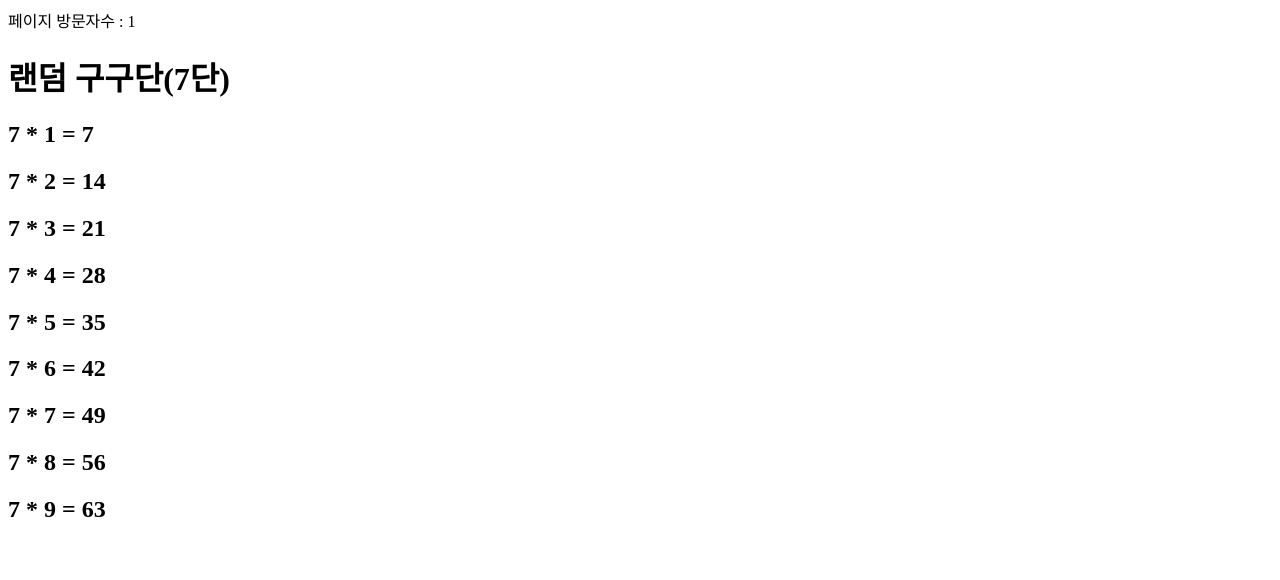
Repository: JongMin22/jsp.practice
Page: http://localhost/JSPBasic/JsPTag/TagQ02.jsp
These files come from the project's save history. The page is drawn as it stood at one moment and after the next save; the edit follows.
The browser window is 1280 px wide. The pictures show the whole page.
The page is served by Tomcat 9.

Above is the page before, as saved 2022-02-02 13:25:58.

### JSPBasic/src/main/webapp/JsPTag/TagQ02.jsp
<%@ page language="java" contentType="text/html; charset=UTF-8"
    pageEncoding="UTF-8"%>
<!DOCTYPE html>
<html>
<head>
<meta charset="UTF-8">
<title>Insert title here</title>
</head>
<body>
<%!
public int count =0;
int randomNum(){
	return (int)(Math.random()*7 + 2);

			}

%>
<%
int currentNum=0;
out.println("페이지 방문자수 : " +  ++count);
int a = randomNum();
out.println("<h1>"+"랜덤 구구단"+"("+a+"단)" +"</h1>");
for(int i=1; i<10; i++){
		 out.println("<h2>"+a + " * "+ i + " = " + a*i + "</h2>");}
%>
<body>
</html>

After the next save:
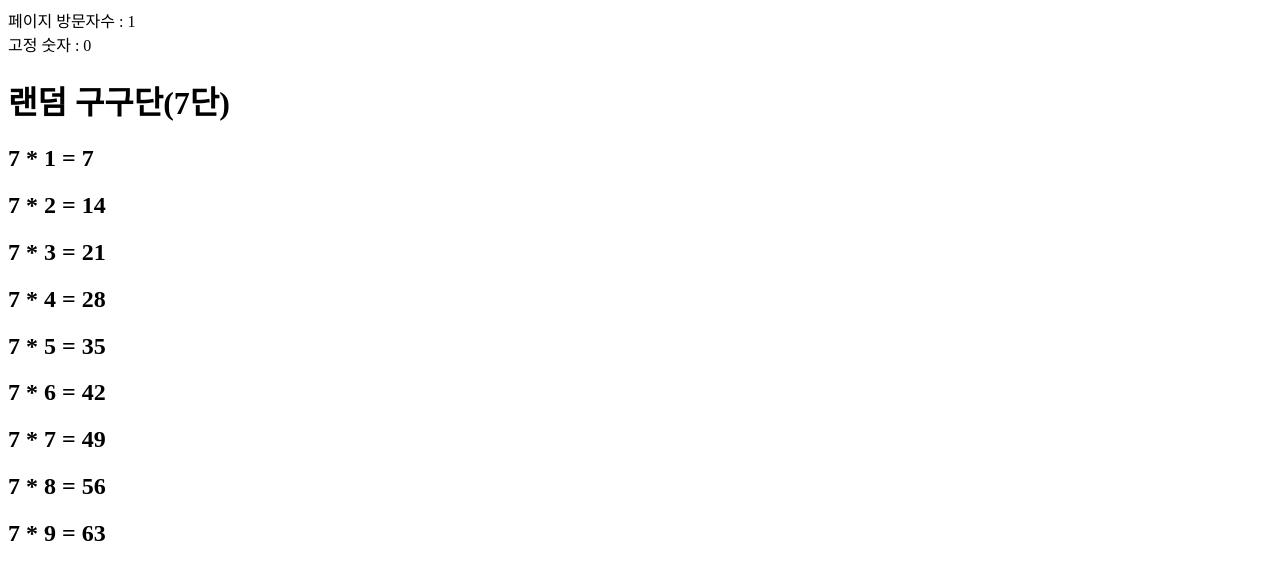
Saved 54 s later.
--- a/JSPBasic/src/main/webapp/JsPTag/TagQ02.jsp
+++ b/JSPBasic/src/main/webapp/JsPTag/TagQ02.jsp
@@ -17,7 +17,8 @@
 %>
 <%
 int currentNum=0;
-out.println("페이지 방문자수 : " +  ++count);
+out.println("페이지 방문자수 : " +  ++count +"</br>");
+out.println("고정 숫자 : " +  currentNum);
 int a = randomNum();
 out.println("<h1>"+"랜덤 구구단"+"("+a+"단)" +"</h1>");
 for(int i=1; i<10; i++){
